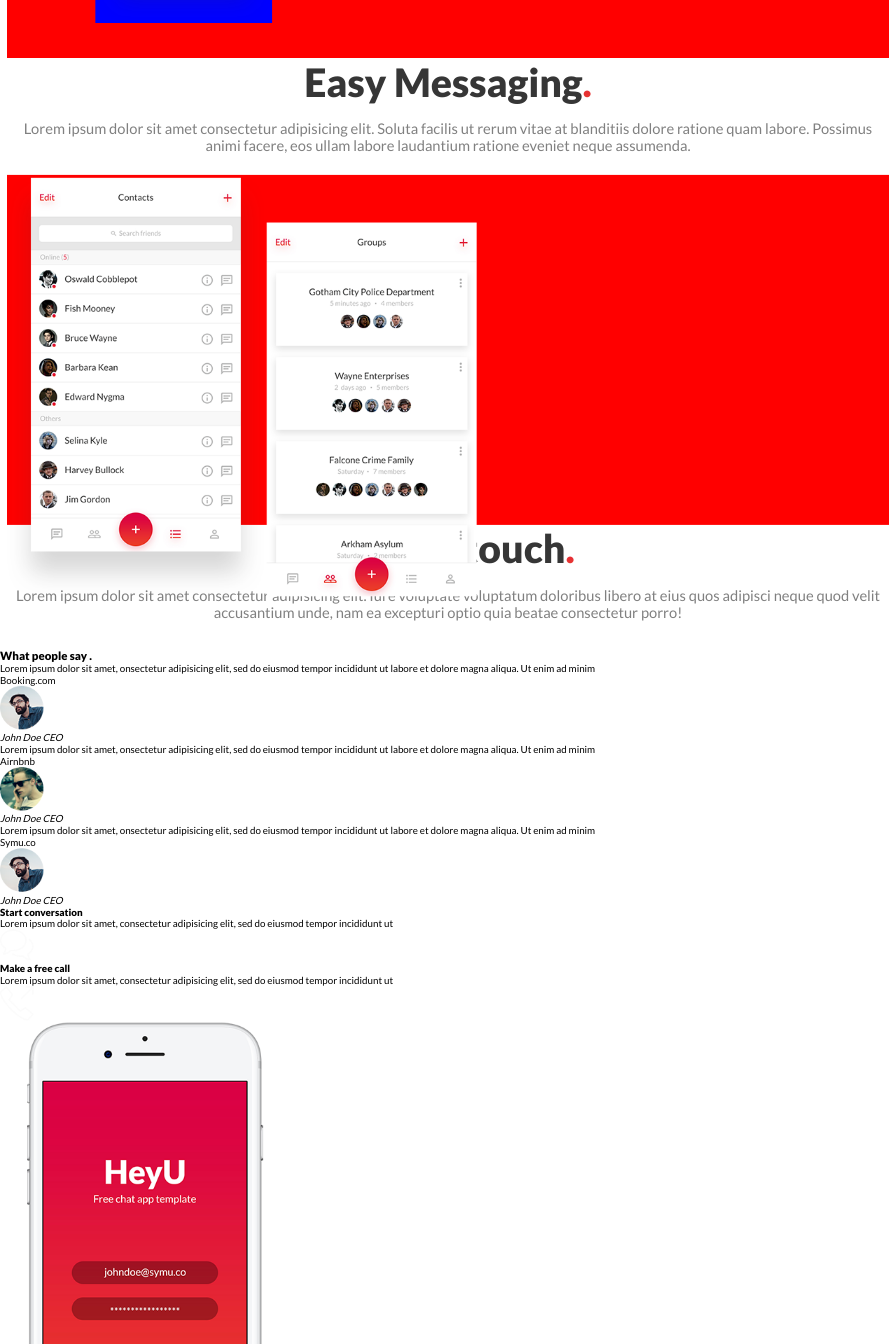
Repository: baumanmilosz/heyu
Page: index.html
An editor plug-in stored every save of this project. The page is shown before and after the next save, followed by the edit.
The browser window is 1280 px wide. The pictures show the part of the page from y = 1367 to 3287 px (the page is 4116 px tall before and 4032 px after), at 70% of full size.
Some web libraries are served in a nearby version. The style sheet was rebuilt from its Sass, Less or Tailwind sources for each picture, by a compiler version that may differ from the author's.

Above is the page before, as saved 2019-04-12 15:32:57.

### index.html
<!DOCTYPE html>
<html lang="en">

<head>
  <meta charset="UTF-8">
  <meta name="viewport" content="width=device-width, initial-scale=1.0">
  <meta http-equiv="X-UA-Compatible" content="ie=edge">
  <title>HeyU Landing Page</title>
  <link rel="stylesheet" href="https://use.fontawesome.com/releases/v5.8.1/css/all.css"
    integrity="sha384-50oBUHEmvpQ+1lW4y57PTFmhCaXp0ML5d60M1M7uH2+nqUivzIebhndOJK28anvf" crossorigin="anonymous">
  <link href="https://fonts.googleapis.com/css?family=Lato:400,900" rel="stylesheet">
  <link rel="stylesheet" href="./src/css/style.css">

</head>

<body>
  <header class="page-header">
    <nav class="page-nav">
      <h1 class="page-nav__title"><a class="page-nav__link" href="">HeyU</a></h1>
      <button type="button" class="page-nav__btn" href=""><i class="page-nav__icon fas fa-bars"></i></button>
      <ul class="page-nav__list">
        <li class="page-nav__item"><a class="page-nav__link" href="">About</a></li>
        <li class="page-nav__item"><a class="page-nav__link" href="">Faq</a></li>
        <li class="page-nav__item"><a class="page-nav__link" href="">Support</a></li>
        <li class="page-nav__item"><a class="page-nav__link" href="">Blog</a></li>
      </ul>
    </nav>
    <div class="page-hero">
      <div class="slogan">
        <h2 class="page-hero__title">Simple, safe <span class="page-hero__linebreak"> & beautiful.</span></h2>
        <p class="page-hero__description">With <span class="page-hero__highlight">HeyU</span>, you'll get fast, simple,
          secure messaging!</p>
        <button class="page-hero__btn"><span class="page-hero__text">Download now</span></button>
      </div>
      <div class="picture-wrapper">
        <img class="picture" src="./assets/phone.png" alt="">
      </div>
    </div>
  </header>
  <section class="app-description">
    <div class="wrapper">
      <div class="app-feature">
        <div class="feature-img-wrapper">
          <div class="pic-wrapper">
            <img class="messages-img" src="./assets/messages.png" alt=""></div>
          <div class="pic-wrapper">
            <img class="conversation-img" src="./assets/conversation.png" alt=""></div>
        </div>
        <div class="app-feature-description">
          <h3 class="app-feature__title">Easy Messaging<span class="dot">.</span></h3>
          <p class="app-feature__text">Lorem ipsum dolor sit amet consectetur adipisicing elit. Soluta facilis ut rerum
            vitae at blanditiis dolore ratione quam labore. Possimus animi facere, eos ullam labore laudantium ratione
            eveniet neque assumenda.</p>
        </div>
      </div>
      <div class="app-feature">
        <div class="feature-img-wrapper">
          <img class="contact-img" src="./assets/contacts.png" alt="">
          <img class="group-img" src="./assets/groups.png" alt="">
        </div>
        <div class="app-feature-description">
          <h3 class="app-feature__title">Keep in touch<span class="dot">.</span></h3>
          <p class="app-feature__text">Lorem ipsum dolor sit amet consectetur adipisicing elit. Iure voluptate
            voluptatum doloribus libero at eius quos adipisci neque quod velit accusantium unde, nam ea excepturi optio
            quia beatae consectetur porro!</p>
        </div>
      </div>
    </div>
  </section>
  <section class="reviews">
    <div class="wrapper">
      <h3 class="reviews-title">What people say <span class="dot">.</span></h3>
      <div class="reviews-wrapper">
        <div class="comment-box">
          <blockquote class="comment">
            <p class="comment__text">Lorem ipsum dolor sit amet, onsectetur adipisicing elit, sed do eiusmod tempor
              incididunt ut labore et dolore magna aliqua. Ut enim ad minim
            </p>
            <p class="topic">Booking.com</p>
          </blockquote>
          <cite class="author">
            <div class="avatar">
              <img src="./assets/avatar1.png" alt="User">
              <p class="avatar_name">John Doe <span class="avatar_profession">CEO</span></p>
            </div>
          </cite>
        </div>
        <div class="comment-box">
          <blockquote class="comment">
            <p class="comment__text">Lorem ipsum dolor sit amet, onsectetur adipisicing elit, sed do eiusmod tempor
              incididunt ut labore et dolore magna aliqua. Ut enim ad minim</p>
            <p class="comment__company">Airnbnb</p>
          </blockquote>
          <cite class="author">
            <div class="avatar">
              <img src="./assets/avatar2.png" alt="User">
              <p class="avatar_name">John Doe <span class="avatar_profession">CEO</span></p>
            </div>
          </cite>
        </div>
        <div class="comment-box">
          <blockquote class="comment">
            <p class="comment__text">Lorem ipsum dolor sit amet, onsectetur adipisicing elit, sed do eiusmod tempor
              incididunt ut labore et dolore magna aliqua. Ut enim ad minim</p>
            <p class="comment__company">Symu.co</p>
          </blockquote>
          <cite class="author">
            <div class="avatar">
              <img src="./assets/avatar1.png" alt="User">
              <p class="avatar_name">John Doe <span class="avatar_profession">CEO</span></p>
            </div>
          </cite>
        </div>
      </div>
    </div>
  </section>
  <section class="overview">
    <div class="wrapper">
      <div class="feature">
        <h4 class="feature__title">Start conversation</h4>
        <p class="feature__description">Lorem ipsum dolor sit amet, consectetur adipisicing elit, sed do eiusmod tempor
          incididunt ut</p>
        <img class="feature__icon" src="./assets/message-icon.png" alt="">
      </div>
      <div class="feature">
        <h4 class="feature__title">Make a free call</h4>
        <p class="feature__description">Lorem ipsum dolor sit amet, consectetur adipisicing elit, sed do eiusmod tempor
          incididunt ut</p>
        <img class="feature__icon" src="./assets/phone-icon.png" alt="">
      </div>
      <div class="phone-wrapper">
        <img class="phone" src="./assets/phone-gradient.png" alt="">
        <img class="play-icon" src="./assets/play-icon.png" alt="">
      </div>
      <div class="feature">
        <h4 class="feature__title">Take a picture</h4>
        <p class="feature__description">Lorem ipsum dolor sit amet, consectetur adipisicing elit, sed do eiusmod tempor
          incididunt ut</p>
        <img class="feature__icon" src="./assets/camera-icon.png" alt="">
      </div>
      <div class="feature">
        <h4 class="feature__title">Send your video</h4>
        <p class="feature__description">Lorem ipsum dolor sit amet, consectetur adipisicing elit, sed do eiusmod tempor
          incididunt ut</p>
        <img class="feature__icon" src="./assets/video-icon.png" alt="">
      </div>
    </div>
  </section>
  <section class="newsletter">
    <div class="wrapper">
      <h3 class="newsletter__title">Subscribe to our newsletter<span class="dot">.</span></h3>
      <p class="newsletter__text">Lorem ipsum dolor sit amet, consectetur adipisicing elit, sed do eiusmod tempor
        incididunt ut labore et</p>
      <form action="" class="from">
        <input type="text" class="form__input" placeholder="Your email adress">
        <button type="submit" class="form__btn">Subscribe</button>
      </form>
    </div>
  </section>
  <section class="download-app">
    <div class="wrapper">
      <img class="app-logo" src="./assets/app-icon.png" alt="">
      <h3 class="download-app__title">Download the app <span class="dot">.</span></h3>
      <img class="appstore-icon" src="./assets/appstore.png" alt="">
    </div>
  </section>
  <footer class="page-footer">
    <nav class="footer-nav">
      <ul class="footer-nav__list">
        <li class="footer-nav__element"><a class="footer-nav__link" href="">About</a></li>
        <li class="footer-nav__element"><a class="footer-nav__link" href="">Faq</a></li>
        <li class="footer-nav__element"><a class="footer-nav__link" href="">Support</a></li>
        <li class="footer-nav__element"><a class="footer-nav__link" href="">Blog</a></li>
        <li class="footer-nav__element"><a class="footer-nav__link" href="">Download</a></li>
      </ul>
    </nav>
    <form action="" class="footer-form">
      <label for="lang-select">
        <select id="lang-select">
          <option value="English">English</option>
        </select>
      </label>
    </form>
  </footer>

  <script src="./src/js/main.js"></script>
</body>

</html>

### src/js/main.js
const hamburger = document.querySelector('.page-nav__btn');
const nav = document.querySelector('.page-nav');

hamburger.addEventListener('click', () => {
  nav.classList.toggle('opened');
  if (!nav.classList.contains('opened')) {
    nav.style.animation = 'close 1s 1 both ease';

  } else if (nav.classList.contains('opened')) {
    nav.style.animation = 'open 1s 1 both ease';
  }
})

### src/scss/style.scss
@import './variables';
@import './mixins';

:root {
  --closed-nav-height: 36px;
  --opened-nav-height: 246px;
}

* {
  margin: 0;
  padding: 0;
  box-sizing: border-box;
}

// MOBILE
html {
  font-size: 10px;
  font-family: $lato-font-family;
  overflow-x: hidden;

  body {
    overflow-x: hidden;

    .page-header {
      padding: 20px 20px 50px;
      background-image: $main-gradient;


      .page-nav {
        display: grid;
        grid-template-columns: auto auto;
        height: var(--closed-nav-height);

        @keyframes close {
          from {
            height: var(--opened-nav-height);
          }

          to {
            height: var(--closed-nav-height);
          }
        }

        .page-nav__title {
          font-size: 3rem;

          .page-nav__link {
            text-decoration: none;
            color: $white-color;
          }
        }

        .page-nav__btn {
          justify-self: end;
          align-self: center;
          background: none;
          border: none;
          cursor: pointer;

          .page-nav__icon {
            color: $white-color;
            font-size: 3.5rem;
          }
        }

        .page-nav__list {
          grid-column: 1/-1;
          display: grid;
          grid-template-rows: repeat(4, 50px);
          margin-top: 10px;
          list-style: none;
          overflow: hidden;

          .page-nav__item {
            display: grid;

            .page-nav__link {
              width: 100%;
              align-self: stretch;
              display: grid;
              align-items: center;
              justify-items: center;
              font-size: 1.6rem;
              color: $white-color;
              text-decoration: none;
              text-transform: uppercase;
              border-bottom: 1px solid $white-color;
            }
          }
        }
      }

      .page-nav.opened {}

      @keyframes open {
        from {
          height: var(--closed-nav-height);
        }

        to {
          height: var(--opened-nav-height);
        }
      }

      .page-nav.opened .page-nav__list {
        display: grid;
      }

      .page-hero {
        text-align: center;
        color: $white-color;

        .slogan {

          .page-hero__title {
            padding: 40px 0;
            font-size: 3rem;
            letter-spacing: $h2-letter-spacing;

            .page-hero__linebreak {
              display: block;
            }
          }

          .page-hero__description {
            margin: 0 0 30px 0;
            font-size: 1.5rem;
            line-height: 2rem;

            .page-hero__highlight {
              font-weight: bold
            }
          }

          .page-hero__btn {
            padding: 15px 32.5px;
            background-color: $white-color;
            border: none;
            border-radius: $form-radius;
            font-size: 1.8rem;
            font-weight: $btn-weight;
            cursor: pointer;


            .page-hero__text {
              -webkit-background-clip: text;
              -webkit-text-fill-color: transparent;
              background-image: $main-gradient;
            }
          }
        }

        .picture-wrapper {
          display: none;
        }
      }
    }

    .app-description {
      // background: red;
      padding: 40px 10px;

      .wrapper {
        .app-feature {
          display: grid;
          grid-template-columns: auto;
          grid-template-rows: auto auto;

          &:first-child {
            margin-bottom: 30px;
          }

          .feature-img-wrapper {
            position: relative;
            height: 500px;
            background-color: red;

            .messages-img,
            .conversation-img {
              position: absolute;
              background: blue;
              height: 400px;
            }

            .messages-img {
              top: 0;
              left: 0;
            }

            .conversation-img {
              top: 10%;
              left: 10%;
            }
          }

          .app-feature-description {
            text-align: center;

            .app-feature__title {
              margin-bottom: 20px;
              font-size: 4rem;
              color: $headers-color;
              font-weight: bold;

              .dot {
                -webkit-background-clip: text;
                -webkit-text-fill-color: transparent;
                background-image: $main-gradient;
              }
            }

            .app-feature__text {
              font-size: 1.5rem;
              color: $text-color;
            }
          }
        }

      }
    }
  }
}

@media (min-width: 736px) {
  html {
    font-size: 12px;
  }
}

@media (min-width: 1024px) {
  html {
    font-size: 14px;

    body {

      .page-header {
        padding: 50px 50px 0;

        .page-nav {
          display: flex;
          justify-content: space-between;
          animation: none;

          .page-nav__title {

            .page-nav__link {}
          }

          .page-nav__btn {
            display: none;

            .page-nav__icon {}
          }

          .page-nav__list {
            display: flex;
            margin-top: 0;

            .page-nav__item {
              position: relative;
              margin-left: 50px;

              &:hover:before {
                content: '';
                display: block;
                width: 100%;
                height: 2px;
                background-color: #fff;
                @include center();
                animation: line .3s 1 both ease;
              }

              @keyframes line {
                from {
                  width: 0;
                }

                to {
                  width: 100%;
                }
              }

              .page-nav__link {
                border-bottom: none;
              }
            }
          }
        }

        .page-nav.opened {}

        .page-nav.opened .page-nav__list {}

        .page-hero {
          max-width: 1600px;
          @include margin-auto;
          display: flex;
          justify-content: space-between;
          align-items: flex-start;
          // background-color: red;

          .slogan {
            text-align: left;
            align-self: center;

            .page-hero__title {
              font-size: 4rem;
            }

            .page-hero__description {
              font-size: 1.6rem;
              margin-bottom: 60px;
            }

            .page-hero__btn {
              .page-hero__text {}
            }
          }

          .picture-wrapper {
            display: block;
            position: relative;
            top: 300px;
            z-index: 1;
          }

        }
      }

      .app-description {
        position: relative;

        &::before {
          content: '';
          display: block;
          position: absolute;
          left: 0;
          top: 0;
          width: 100%;
          height: 200px;
          background-image: linear-gradient(to right bottom, #eb402c 49.9%, transparent 50.1%);
        }
      }
    }
  }
}

@media (min-width: 1920px) {
  html {

    body {

      .page-header {

        .page-nav {
          .page-nav__title {
            .page-nav__link {}
          }

          .page-nav__btn {


            .page-nav__icon {}
          }

          .page-nav__list {


            .page-nav__item {


              &:hover:before {}

              .page-nav__link {}
            }
          }
        }

        .page-nav.opened {}

        .page-nav.opened .page-nav__list {}

        .page-hero {

          .slogan {
            .page-hero__title {
              font-size: 6rem;
            }

            .page-hero__description {
              font-size: 2.4rem;
              margin-bottom: 120px;
            }

            .page-hero__btn {
              .page-hero__text {}
            }
          }

          .picture-wrapper {}

        }
      }
    }
  }
}

### src/scss/_variables.scss
$white-color: #fff;
$headers-color: #363636;
$text-color: #808080;
$btn-weight: bold;
$line-color: #e0e0e0;
$main-gradient: linear-gradient(#d90647, #eb402c);
$avatar-subtext-color: #667386;
$icon-color: #fbfbfb;
$rectangle-color: #232323;
$form-radius: 35px;
$app-icon-shadow: 10px 10px 30px 0 $main-gradient;
$review-box-shadow: 30px 30px 60px 0 $headers-color;
$input-bg: #f8f8f8;

$lato-font-family: 'Lato',
sans-serif;
$header-size: 60px;
$paragraph-size: 18px;
$avatar-caption: 16px;
$section-paragraph-size: 16px;
$section-header-size: 24px;

$page-margin-top: 40px;
$page-margin-bottom: 25px;
$page-margin-horizontal: 50px;

$nav-margin-left: 50px;
$h2-letter-spacing: 2px;
$h2-margin-bottom: 40px;

$header-btn-padding: 20px 50px;
$header-margin-bottom: 65px;

$gradient-section-margin: 85px 90px;
$form-section-vmargin:150px;
$form-margin-top: 70px;

$nav-footer-margin-right: 60px;

### src/scss/_mixins.scss
@mixin margin-auto() {
  margin: 0 auto;
}

@mixin center () {
  position: absolute;
  top: 50%;
  left: 50%;
  transform: translate(-50%, -50%);
}

@mixin gradient($orientation, $start-color, $end-color) {
  background-image: linear-gradient($orientation, $start-color, $end-color);
}

@mixin keyframes($name) {
  @keyframes #{$name} {
    @content;
  }
}

@mixin css-triangle($color, $direction, $main-border-size, $side-border-size) {
  width: 0;
  height: 0;

  @if $direction==down {
    border-left: $size solid transparent;
    border-right: $size solid transparent;
    border-top: $size solid $color;
  }

  @else if $direction==up {
    border-left: $size solid transparent;
    border-right: $size solid transparent;
    border-bottom: $size solid $color;
  }

  @else if $direction==right {
    border-top: $side-border-size solid transparent;
    border-bottom: $side-border-size solid transparent;
    border-left: $main-border-size solid $color;
  }

  @else if $direction==left {
    border-top: $size solid transparent;
    border-bottom: $size solid transparent;
    border-right: $size solid $color;
  }
}

After the next save:
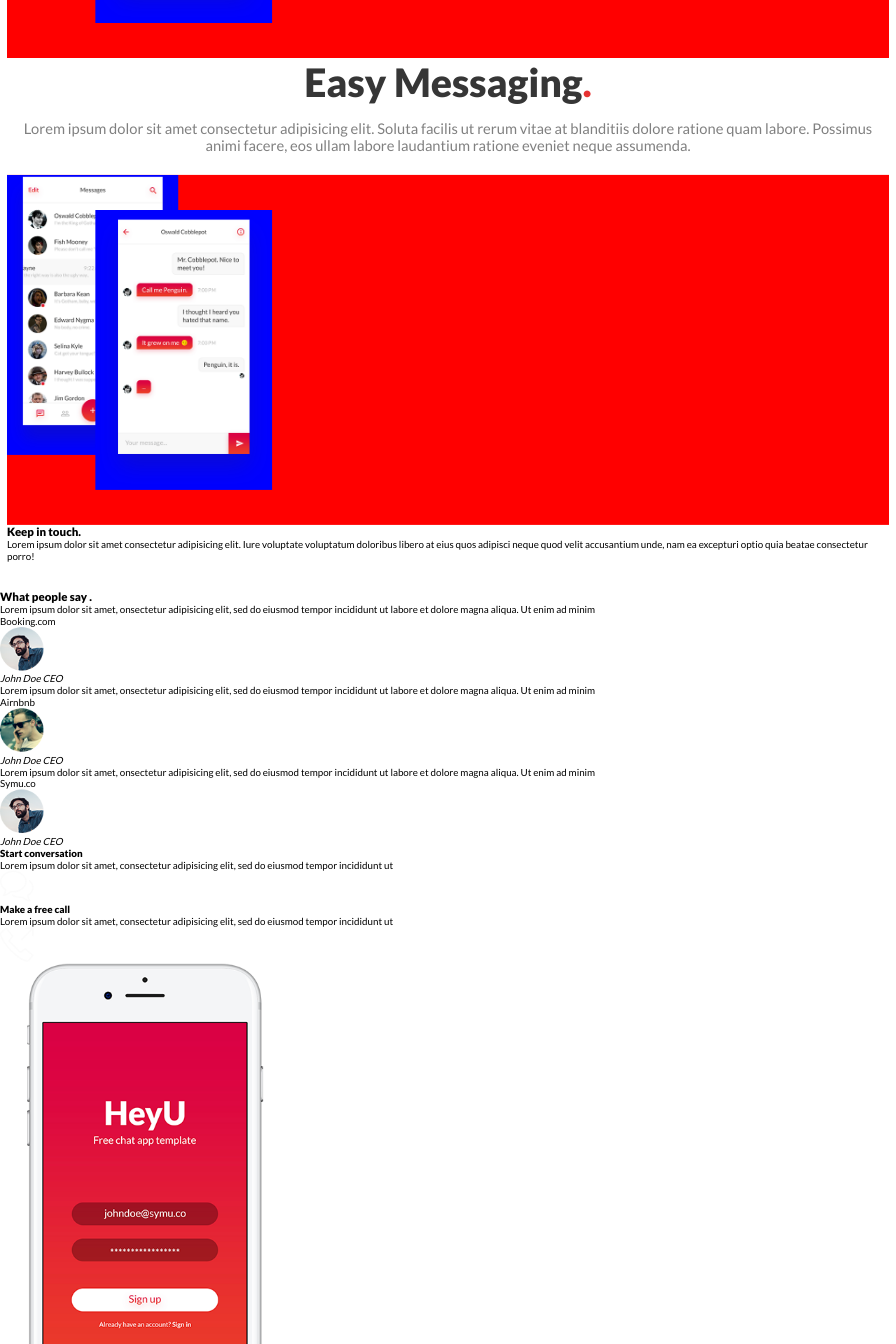
Saved 30 s later.
--- a/index.html
+++ b/index.html
@@ -55,16 +55,19 @@
       </div>
       <div class="app-feature">
         <div class="feature-img-wrapper">
-          <img class="contact-img" src="./assets/contacts.png" alt="">
-          <img class="group-img" src="./assets/groups.png" alt="">
-        </div>
-        <div class="app-feature-description">
-          <h3 class="app-feature__title">Keep in touch<span class="dot">.</span></h3>
-          <p class="app-feature__text">Lorem ipsum dolor sit amet consectetur adipisicing elit. Iure voluptate
-            voluptatum doloribus libero at eius quos adipisci neque quod velit accusantium unde, nam ea excepturi optio
-            quia beatae consectetur porro!</p>
+          <div class="pic-wrapper">
+            <img class="messages-img" src="./assets/messages.png" alt=""></div>
+          <div class="pic-wrapper">
+            <img class="conversation-img" src="./assets/conversation.png" alt=""></div>
         </div>
       </div>
+      <div class="app-feature-description">
+        <h3 class="app-feature__title">Keep in touch<span class="dot">.</span></h3>
+        <p class="app-feature__text">Lorem ipsum dolor sit amet consectetur adipisicing elit. Iure voluptate
+          voluptatum doloribus libero at eius quos adipisci neque quod velit accusantium unde, nam ea excepturi optio
+          quia beatae consectetur porro!</p>
+      </div>
+    </div>
     </div>
   </section>
   <section class="reviews">
